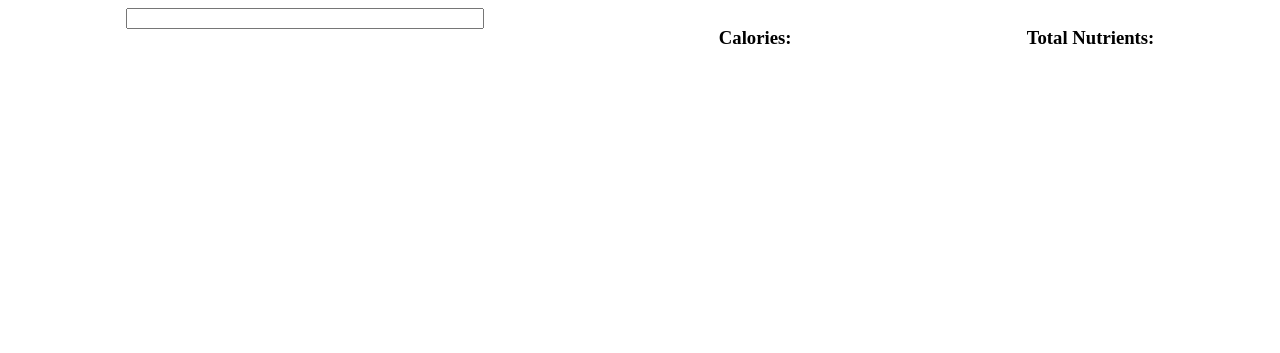
Repository: asya-aisa/nutrition-app
Page: /
An editor plug-in stored every save of this project. The page is shown before and after the next save, followed by the edit.
The browser window is 1280 px wide. The pictures show the whole page.
The page's requests for data from a server got no answer. The project was rebuilt for these pictures with package versions that can differ from the ones it lists, and the page was loaded fresh each time. No one was signed in, and anything a server would have sent is missing. Also part of the build but not shown: src/MyComponent.js.

Above is the page before, as saved 2023-09-18 15:02:03.

### src/App.js

import { useEffect, useState } from 'react';
import './App.css';
import MyComponent from './MyComponent';

function App() {

  const [nutrientsArray, setNutrientsArray] = useState([])
  const [caloriesState, setCaloriesState] = useState('')

  useEffect(() => {
    const getNutrients = async () => {

      const bodyText = {
        "ingr": [
          "1 tomato", "2 avocado"
        ]
      }
      const response = await fetch('https://api.edamam.com/api/nutrition-details?app_id=bce19124&app_key=%20d13039e09e0cad1255cc69b09c620945%09', {
        method: 'POST',
        headers: {
          'Content-Type': 'application/json;charset=utf-8'
        },
        body: JSON.stringify(bodyText)
      })
      const data = await response.json()
      setCaloriesState(data.calories)

      console.log(Object.values(data.totalNutrients))
      setNutrientsArray(Object.values(data.totalNutrients))
    }
    getNutrients()
  }, [])
  return (
    <div className="App">

      <form>
        <input type='text' />
      </form>
      <h3>Calories: {caloriesState}</h3>

      <div>
        <h3>Total Nutrients:</h3>
        {nutrientsArray.map((elem, index) => (
        <MyComponent
        key={index}
        label={elem.label}
        quantity={elem.quantity.toFixed()}
        unit={elem.unit}/>

        ))}
      </div>

    </div>
  );
}

export default App;

### src/App.css
.App {
  display: flex;
  justify-content: space-around;
}
ul, li {
  list-style: none;
  margin: 3px;
  padding: 0px;
}
input {
  width: 350px;
  height: ;
}

Loaded but not shown: public/index.html (common file); src/index.js (common file); src/reportWebVitals.js (common file)

After the next save:
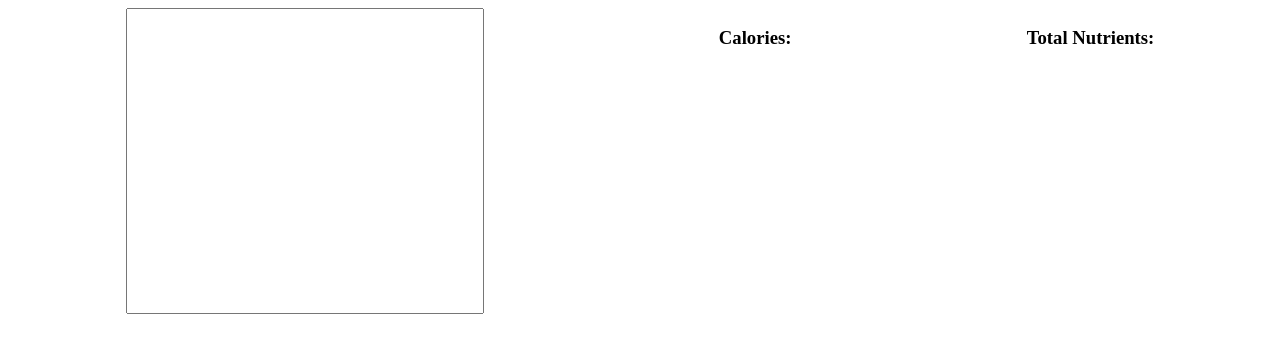
Saved 4 s later.
--- a/src/App.css
+++ b/src/App.css
@@ -9,5 +9,5 @@ ul, li {
 }
 input {
   width: 350px;
-  height: ;
+  height: 300px;
 }
